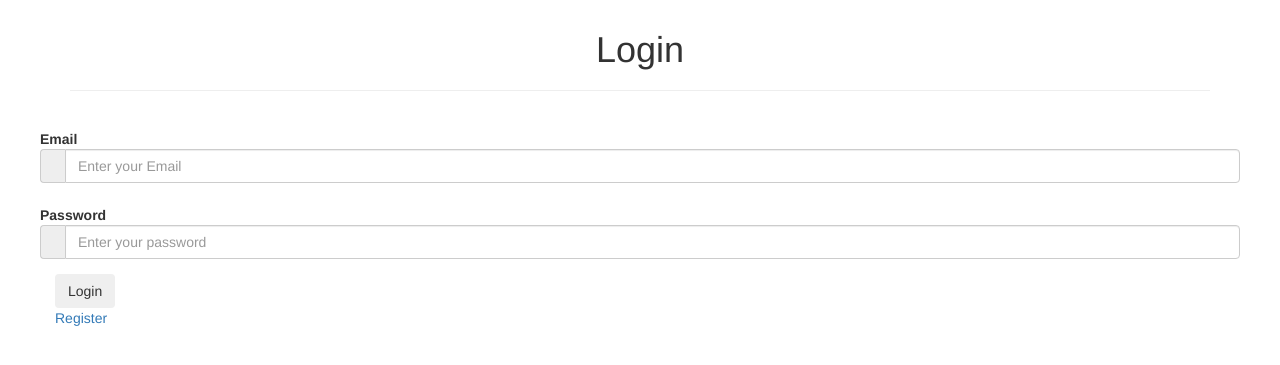
Repository: kakadiyahardik/Enterprice-Computing
Page: http://localhost/InventoryManage/user/login.jsp
The author's editor kept a copy of each file at every save. The page is drawn from the files as they stood at one save, then again after the next save.
The browser window is 1280 px wide. The pictures show the whole page.
Some web libraries are served in a nearby version. The page is served by Tomcat 9. Other server files are loaded and not shown.

Above is the page before, as saved 2017-04-08 11:28:47.

### InventoryManage/WebContent/user/login.jsp
<%@ page language="java" contentType="text/html; charset=ISO-8859-1"
    pageEncoding="ISO-8859-1" import="java.util.ArrayList, model.Category,dao.*"%>

<!DOCTYPE html PUBLIC "-//W3C//DTD HTML 4.01 Transitional//EN" "http://www.w3.org/TR/html4/loose.dtd">
<html>
<head>
<meta http-equiv="Content-Type" content="text/html; charset=ISO-8859-1">
<title>login</title>
<meta charset="utf-8">
		  <meta name="viewport" content="width=device-width, initial-scale=1">
		  <link rel="stylesheet" href="https://maxcdn.bootstrapcdn.com/bootstrap/3.3.7/css/bootstrap.min.css">
		  <script src="https://ajax.googleapis.com/ajax/libs/jquery/3.2.0/jquery.min.js"></script>
		  <script src="https://maxcdn.bootstrapcdn.com/bootstrap/3.3.7/js/bootstrap.min.js"></script>

    </head>
    <body>


	<body>
		<div class="container">
			<div class="row main">
				<div class="panel-heading">
	               <div class="panel-title text-center">
	               		<h1 class="title">Login</h1>
	               		<hr />
	               	</div>
	            </div>
				<div class="main-login main-center">
					<form class="form-horizontal" method="post" action="#">

						<div class="form-group">
							<label for="name" class="cols-sm-2 control-label">Email</label>
							<div class="cols-sm-10">
								<div class="input-group">
									<span class="input-group-addon"><i class="fa fa-user fa" aria-hidden="true"></i></span>
									<input type="text" class="form-control" name="email" id="name"  placeholder="Enter your Email"/>
								</div>
							</div>
						</div>

						<div class="form-group">
							<label for="email" class="cols-sm-2 control-label">Password</label>
							<div class="cols-sm-10">
								<div class="input-group">
									<span class="input-group-addon"><i class="fa fa-envelope fa" aria-hidden="true"></i></span>
									<input type="text" class="form-control" name="password" placeholder="Enter your password"/>
								</div>
							</div>
						</div>

						<div class="submit">
							<input type="hidden" name="action" value="userlogin"/>
							<button type="submit" class="btn submit">Login</button>
						</div>
						<div class="login-register">
				            <a href="user/registration.jsp">Register</a>
				         </div>
					</form>
				</div>
			</div>
		</div>

</body>
</html>

After the next save:
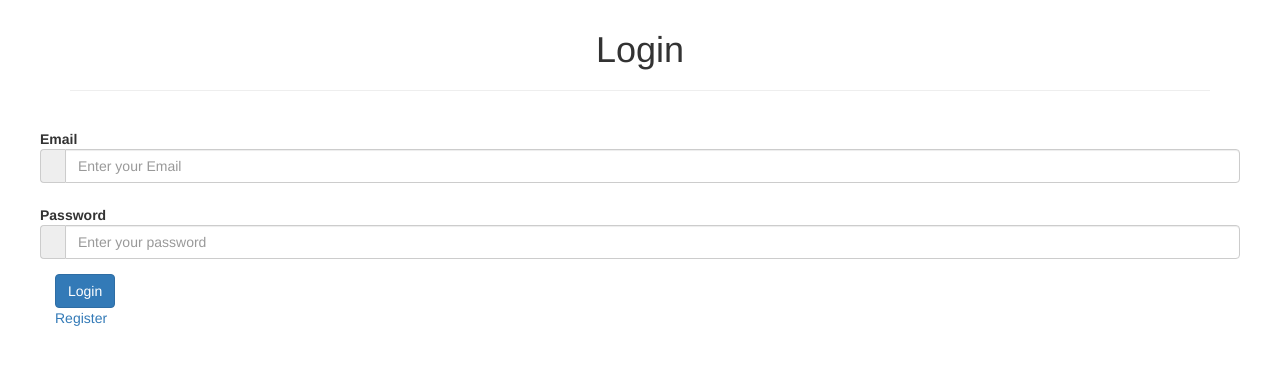
Saved 47 s later.
--- a/InventoryManage/WebContent/user/login.jsp
+++ b/InventoryManage/WebContent/user/login.jsp
@@ -50,7 +50,7 @@
 
 						<div class="submit">
 							<input type="hidden" name="action" value="userlogin"/>
-							<button type="submit" class="btn submit">Login</button>
+							<button type="submit" class="btn btn-primary">Login</button>
 						</div>
 						<div class="login-register">
 				            <a href="user/registration.jsp">Register</a>
